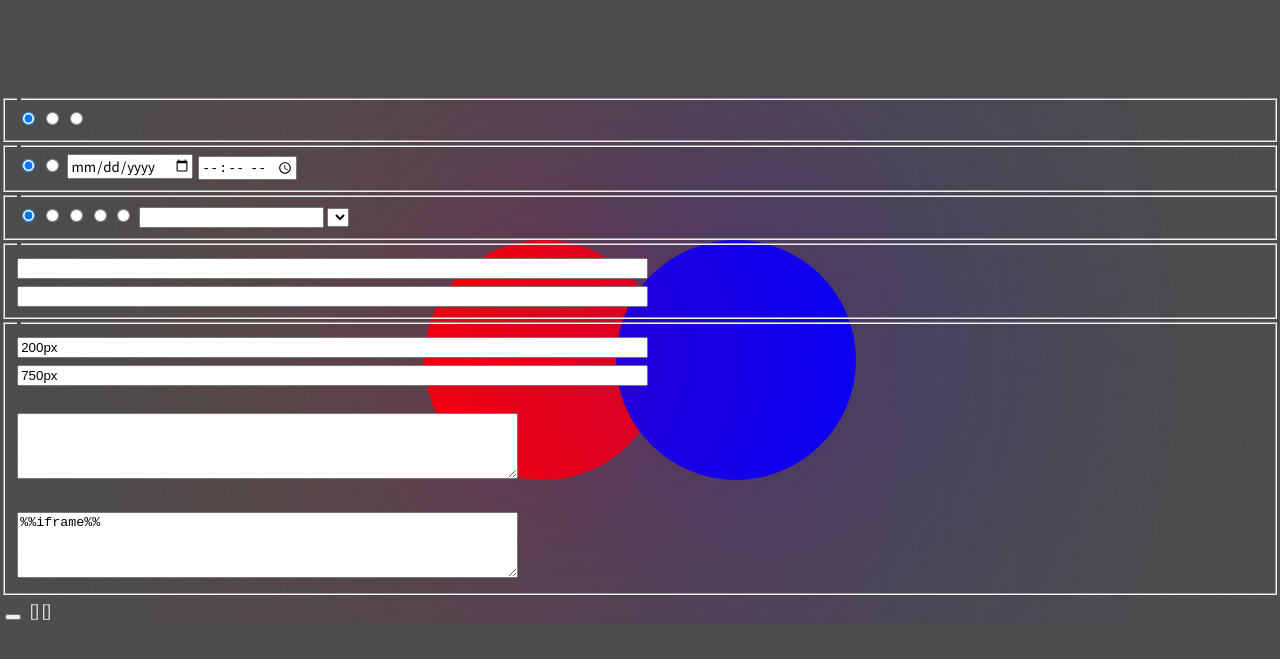
Repository: cirisus/ArknighTimer
Page: timer-selector.html
The author's editor kept a copy of each file at every save. The page is drawn from the files as they stood at one save, then again after the next save.
The browser window is 1280 px wide. The pictures show the whole page.
Some web fonts or font styles are not loaded; a fallback is used.

Above is the page before, as saved 2024-03-08 22:23:06.

### timer-selector.html
<!DOCTYPE html>
<html>
  <head>
    <meta charset="UTF-8">
    <meta name="description" content="明日方舟同人中文站计时器">
    <meta name="keywords" content="arknights,wiki,timer,selector,generator">
    <link rel="stylesheet" href="timer-selector.css">
    <script src="https://cirisus.github.io/ArknighTimer/timer-selector.js"></script>
    <title>计时器生成工具</title>
  </head>

  <body>
    <noscript>此程序强依赖于对应的Javascript脚本。</noscript>
    <div id="form-container">
    <h1 id="error" class="hidden"></h1>

    <div id="form">
      <fieldset id="timer-type">
        <legend id="timer-type-label"></legend>

        <!-- Generic -->
        <span>
          <input id="timer-type-generic" type="radio" name="timer-type" value="generic" checked>
          <label id="timer-type-generic-label" for="timer-type"></label>
        </span>

        <!-- Deletion -->
        <span>
          <input id="timer-type-deletion" type="radio" name="timer-type" value="deletion">
          <label id="timer-type-deletion-label" for="timer-type"></label>
        </span>

        <!-- Ban -->
        <span>
          <input id="timer-type-ban" type="radio" name="timer-type" value="ban">
          <label id="timer-type-ban-label" for="timer-type"></label>
        </span>
      </fieldset>

      <fieldset id="start">
        <legend id="start-label"></legend>

        <!-- now -->
        <span>
          <input id="start-now" type="radio" name="start" value="now" checked>
          <label id="start-now-label" for="now"></label>
        </span>

        <!-- later / other time -->
        <span>
          <input id="start-later" type="radio" name="start" value="later">
          <label id="start-later-label" for="later"></label>
          <input id="start-later-date" class="radio-text" type="date"></input>
          <input id="start-later-time" class="radio-text" type="time"></input>
        </span>
      </fieldset>

      <fieldset id="duration">
        <legend id="duration-label"></legend>

        <!-- 1 day -->
        <span>
          <input id="duration-1d" type="radio" name="duration" value="86400000" checked>
          <label id="duration-1d-label" for="86400000"></label> <!-- in ms -->
        </span>

        <!-- 1 week -->
        <span>
          <input id="duration-1w" type="radio" name="duration" value="604800000">
          <label id="duration-1w-label" for="604800000"></label>
        </span>

        <!-- 2 weeks -->
        <span>
          <input id="duration-2w" type="radio" name="duration" value="1209600000">
          <label id="duration-2w-label" for="1209600000"></label>
        </span>

        <!-- 1 year -->
        <span>
          <input id="duration-1y" type="radio" name="duration" value="31536000000">
          <label id="duration-1y-label" for="31536000000"></label>
        </span>

        <!-- custom -->
        <span>
          <input id="duration-custom" type="radio" name="duration" value="custom">
          <label id="duration-custom-label" for="custom"></label>
          <input id="duration-custom-value" class="radio-text" type="number" size="6"></input>
          <select id="duration-custom-unit">
            <option id="unit-minute" value="60000"></option>
            <option id="unit-hour" value="3600000"></option>
            <option id="unit-day" value="86400000"></option>
            <option id="unit-week" value="604800000"></option>
            <option id="unit-month" value="2592000000"></option>
            <option id="unit-year" value="31536000000"></option>
          </select>
        </span>
      </fieldset>

      <fieldset id="messages">
        <legend id="messages-label"></legend>

        <div class="text">
          <label id="message-progress-label"></label>
          <input id="message-progress" type="text"></input>
        </div>

        <div class="text">
          <label id="message-finished-label"></label>
          <input id="message-finished" type="text"></input>
        </div>
      </fieldset>

      <fieldset id="advanced">
        <legend id="advanced-label"></legend>

        <div class="text message-short">
          <label id="height-label"></label>
          <input id="height" type="text" value="200px"></input>
        </div>

        <div class="text message-short">
          <label id="width-label"></label>
          <input id="width" type="text" value="750px"></input>
        </div>

        <div class="text">
          <label id="custom-css-label"></label><br>
          <textarea id="custom-css" cols="60" rows="4"></textarea>
        </div>

        <div class="text">
          <label id="template-label"></label><br>
          <textarea id="template" cols="60" rows="4">%%iframe%%</textarea>
        </div>
      </fieldset>

      <div>
        <button id="build"></button>

        <span class="info">
          [<a id="info-help" href="https://cirisus.github.io/ArknighTimer" target="_blank"></a>]
          [<a id="info-source" href="https://github.com/cirisus/ArknighTimer" target="_blank"></a>]
        </span>
      </div>
    </div>

    <!-- output -->
    <div style="color: #fff"><textarea id="output" class="hidden" cols="60" rows="4" readonly></textarea></div>
    </div>
  </body>
</html>

### timer-selector.css
@import url('https://fonts.googleapis.com/css2?family=Noto+Sans+SC:wght@100..900&display=swap');
@import url('https://fonts.googleapis.com/css2?family=JetBrains+Mono:ital,wght@0,100..800;1,100..800&family=Noto+Sans+SC:wght@100..900&display=swap');
@font-face {
  font-family: 'Bender';
  src: url(https://cdn.jsdelivr.net/gh/cirisus/ArknighTimer/Bender/Bender.otf);
  font-weight: normal;
  font-style: normal;
}
body {
  margin: 0;
  font-family: 'Bender','Noto Sans SC', sans-serif;
  letter-spacing: -.05em;
  background-color: #4d4d4d;
  /*background-image: url(https://picsum.photos/800/1200);*/
  background-position: center;
  background-repeat: no-repeat;
  background-size: cover;
}
a {
  color: #ffa600;
  text-decoration: none;
  transition: .3s;
  &:hover {
    text-decoration: none;
    color: #a96e00;
  }
}
#form-container {
  --size: 15rem;
  display: flex;
  flex-direction: column;
  align-items: center;
  justify-content: center;
  height: 100vh;
  width: 100vw;
  -webkit-backdrop-filter: blur(10rem);
  backdrop-filter: blur(10rem);
  position: relative;
  &::before {
    content: '';
    position: absolute;
    top: calc(50% - var(--size) / 2);
    left: calc(50% - var(--size) / 2);
    width: var(--size);
    height: var(--size);
    border-radius: 50%;
    background-color: #f00;
    z-index: -1;
    transform: translateX(-40%);
  }
  &::after {
    content: '';
    position: absolute;
    top: calc(50% - var(--size) / 2);
    left: calc(50% - var(--size) / 2);
    width: var(--size);
    height: var(--size);
    border-radius: 50%;
    background-color: #00f;
    z-index: -1;
    transform: translateX(40%);
  }
}
#form {
  margin: auto;
  width: 100%;
  -webkit-backdrop-filter: blur(10rem);
  backdrop-filter: blur(10rem);
  z-index: 1;
}
input[type="date" i] {
  font-family: 'Bender','Noto Sans SC', sans-serif;
}
fieldset {
  color: #fff;
  margin: 0.2em;
}
.radio-text {
  margin-left: 0.2em;
}
.text {
  margin-top: 0.2em;
}
.text input {
  width: 50%;
}
.text-short input {
  width: 25%;
}
#build {
  margin: 0.4em;
}
.info {
  color: #fff;
  font-size: inherit;
}
/* Basic utility classes */
.hidden {
  display: none;
}
#error {
  text-align: center;
  color: #ffa600;
}
.error-secondary {
  font-size: 0.6em;
}
#output {
  font-family: 'JetBrains Mono', monospace;
  margin: 0.25em;
}

After the next save:
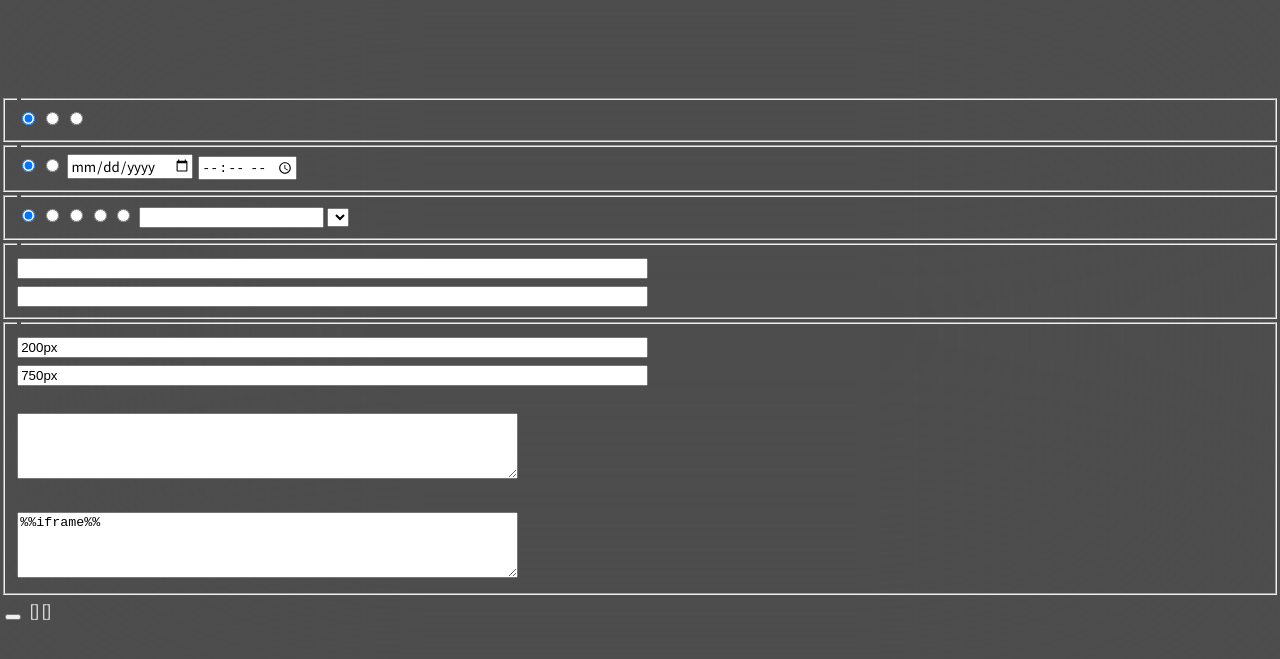
Saved 76 s later.
--- a/timer-selector.css
+++ b/timer-selector.css
@@ -25,17 +25,12 @@
     color: #a96e00;
   }
 }
-#form-container {
-  --size: 15rem;
+#form-container-wrap {
   display: flex;
-  flex-direction: column;
+  justify-content: center;
   align-items: center;
-  justify-content: center;
   height: 100vh;
   width: 100vw;
-  -webkit-backdrop-filter: blur(10rem);
-  backdrop-filter: blur(10rem);
-  position: relative;
   &::before {
     content: '';
     position: absolute;
@@ -60,6 +55,19 @@
     z-index: -1;
     transform: translateX(40%);
   }
+}
+#form-container {
+  --size: 15rem;
+  display: flex;
+  flex-direction: column;
+  align-items: center;
+  justify-content: center;
+  height: 100vh;
+  width: 100vw;
+  -webkit-backdrop-filter: blur(10rem);
+  backdrop-filter: blur(10rem);
+  position: relative;
+
 }
 #form {
   margin: auto;
